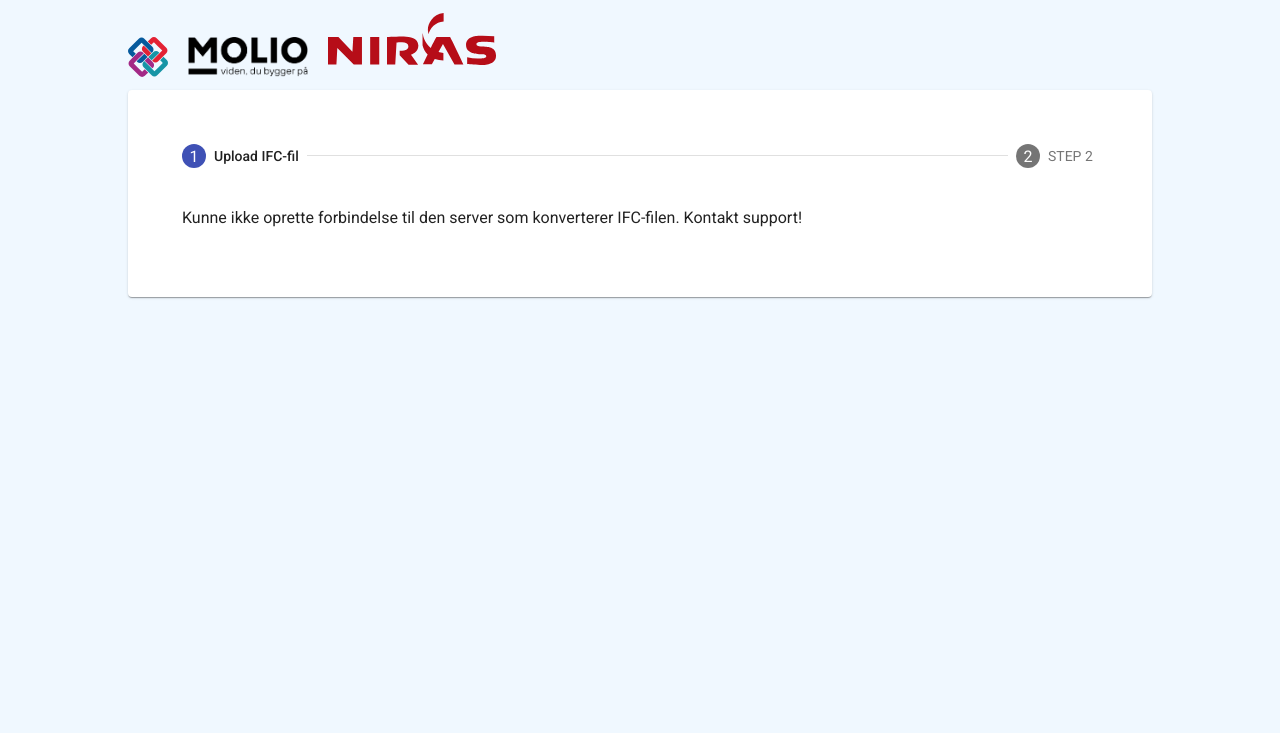
Repository: NIRAS-MHRA/IFC2LBD
Page: / (app in demo-app/)
The author's editor kept a copy of each file at every save. The page is drawn from the files as they stood at one save, then again after the next save.
The browser window is 1280 px wide. The pictures show the whole page.
The page's requests for data from a server got no answer. The project was rebuilt for these pictures with package versions that can differ from the ones it lists, and the page was loaded fresh each time. No one was signed in, and anything a server would have sent is missing. Also part of the build but not shown: demo-app/angular.json.

Above is the page before, as saved 2020-06-26 16:22:30.

### demo-app/src/index.html
<!doctype html>
<html lang="en">
<head>
  <meta charset="utf-8">
  <title>DemoApp</title>
  <base href="/">
  <meta name="viewport" content="width=device-width, initial-scale=1">
  <link rel="icon" type="image/x-icon" href="favicon.ico">
  <link href="https://fonts.googleapis.com/css?family=Roboto:300,400,500&display=swap" rel="stylesheet">
  <link href="https://fonts.googleapis.com/icon?family=Material+Icons" rel="stylesheet">
</head>
<body>
  <app-root></app-root>
</body>
</html>

### demo-app/src/styles.css
/* You can add global styles to this file, and also import other style files */

html, body {
    height: 100%;
    background-color: aliceblue;
}
body { margin: 0; font-family: Roboto, "Helvetica Neue", sans-serif; }

.error{
    color: rgb(114, 0, 0);
}

### demo-app/src/app/app.module.ts
import { BrowserModule } from '@angular/platform-browser';
import { NgModule } from '@angular/core';
import { HttpClientModule } from '@angular/common/http';
import { BrowserAnimationsModule } from '@angular/platform-browser/animations';

// ANGULAR MATERIAL
import {MatCardModule} from '@angular/material/card';
import {MatStepperModule} from '@angular/material/stepper';

// FX FLEX
import {FlexLayoutModule} from '@angular/flex-layout';

// APP COMPONENTS
import { AppComponent } from './app.component';
import { IfcToLbdComponent } from 'src/app/stepper-pages/ifc-to-lbd/ifc-to-lbd.component';

@NgModule({
  declarations: [
    AppComponent,
    IfcToLbdComponent
  ],
  imports: [
    BrowserModule,
    HttpClientModule,
    BrowserAnimationsModule,
    MatCardModule,
    MatStepperModule,
    FlexLayoutModule
  ],
  providers: [],
  bootstrap: [AppComponent]
})
export class AppModule { }

### demo-app/src/environments/environment.ts
// This file can be replaced during build by using the `fileReplacements` array.
// `ng build --prod` replaces `environment.ts` with `environment.prod.ts`.
// The list of file replacements can be found in `angular.json`.

export const environment = {
  production: false,
  backendURL: "http://51.15.95.164:3000/"
};

/*
 * For easier debugging in development mode, you can import the following file
 * to ignore zone related error stack frames such as `zone.run`, `zoneDelegate.invokeTask`.
 *
 * This import should be commented out in production mode because it will have a negative impact
 * on performance if an error is thrown.
 */
// import 'zone.js/dist/zone-error';  // Included with Angular CLI.

### demo-app/src/app/app.component.ts
import { Component } from '@angular/core';

@Component({
  selector: 'app-root',
  templateUrl: './app.component.html',
  styleUrls: ['./app.component.css']
})
export class AppComponent {

  isLinear: boolean = true;

}

### demo-app/src/app/stepper-pages/ifc-to-lbd/ifc-to-lbd.component.ts
import { Component, OnInit } from '@angular/core';
import { IFCService } from 'src/app/services/ifc.service';

@Component({
  selector: 'app-ifc-to-lbd',
  templateUrl: './ifc-to-lbd.component.html',
  styleUrls: ['./ifc-to-lbd.component.css'],
  providers: [ IFCService ]
})
export class IfcToLbdComponent implements OnInit {

  public serverAvailable: boolean = false;

  constructor(
    private _ifcService: IFCService
  ) { }

  ngOnInit(): void {

    this.pingServer();

  }

  // Ping the server to check if the service is available
  async pingServer(){
    try{
      await this._ifcService.ping();
      this.serverAvailable = true;
    }catch(error){
      console.log(error);
    }
  }

  async convertIFC(){
    try{
      const res = this._ifcService.convertIFC("x");
    }catch(error){
      console.log(error);
    }
  }

}

### demo-app/src/app/app.component.html
<div class="header" fxLayout="row" fxLayoutGap="20px" fxLayoutAlign="start end">
  <img src="assets/logo-BS-small.svg" height="40px" />
  <img src="assets/logo-molio.png" height="40px" />
  <img src="assets/logo-niras.svg" height="52px" style="padding-bottom: 12px;" />
</div>

<mat-card class="container">

  <mat-horizontal-stepper [linear]="isLinear" #stepper>

    <!-- STEP 1 -->
    <mat-step>
      <ng-template matStepLabel>Upload IFC-fil</ng-template>
      <app-ifc-to-lbd></app-ifc-to-lbd>
    </mat-step>

    <!-- STEP 2 -->
    <mat-step>
      <ng-template matStepLabel>STEP 2</ng-template>
      <p>Hvad skal der ske her?</p>
    </mat-step>

  </mat-horizontal-stepper>

</mat-card>

### demo-app/src/app/app.component.css
.header{
    margin: 1vw 10vw 1vw 10vw;
}
.container{
    margin: 1vw 10vw 1vw 10vw;
    padding: 30px;
}

### demo-app/src/app/stepper-pages/ifc-to-lbd/ifc-to-lbd.component.html
<p *ngIf="!serverAvailable">Kunne ikke oprette forbindelse til den server som konverterer IFC-filen. Kontakt support!</p>

### demo-app/src/app/services/ifc.service.ts
import { Injectable } from '@angular/core';
import { HttpClient } from '@angular/common/http';
import { environment } from 'src/environments/environment';

@Injectable({
  providedIn: 'root'
})
export class IFCService {

  constructor(
    private _http: HttpClient
  ) { }

  // Ping to check that the service is alive
  ping(): Promise<any>{
    const url = environment.backendURL;
    return this._http.get(url).toPromise();
  }

  convertIFC(file){

    const url = environment.backendURL;

    return this._http.get(url).toPromise();

  }

}

Loaded but not shown: demo-app/src/main.ts (common file); demo-app/src/app/stepper-pages/ifc-to-lbd/ifc-to-lbd.component.css (no stored copy; drawn as an empty file)

After the next save:
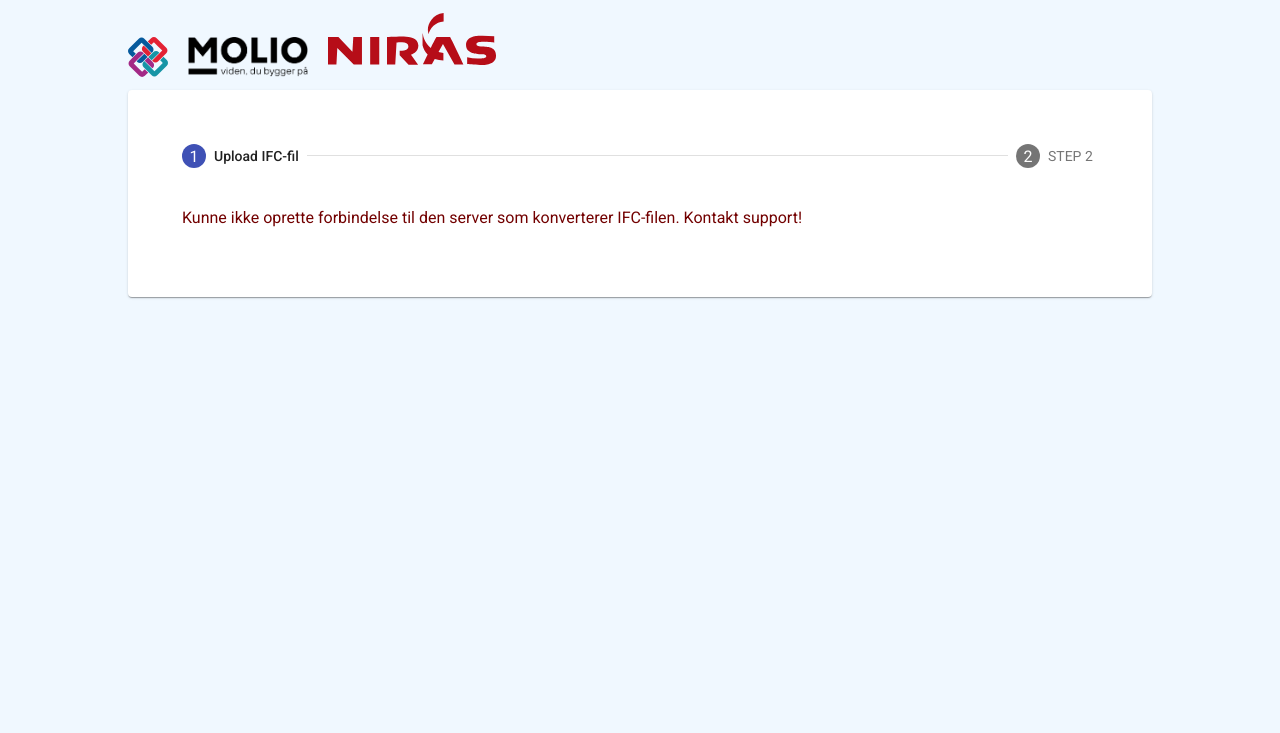
Saved 11 s later.
--- a/demo-app/src/app/stepper-pages/ifc-to-lbd/ifc-to-lbd.component.html
+++ b/demo-app/src/app/stepper-pages/ifc-to-lbd/ifc-to-lbd.component.html
@@ -1 +1 @@
-<p *ngIf="!serverAvailable">Kunne ikke oprette forbindelse til den server som konverterer IFC-filen. Kontakt support!</p>
+<p class="error" *ngIf="!serverAvailable">Kunne ikke oprette forbindelse til den server som konverterer IFC-filen. Kontakt support!</p>
